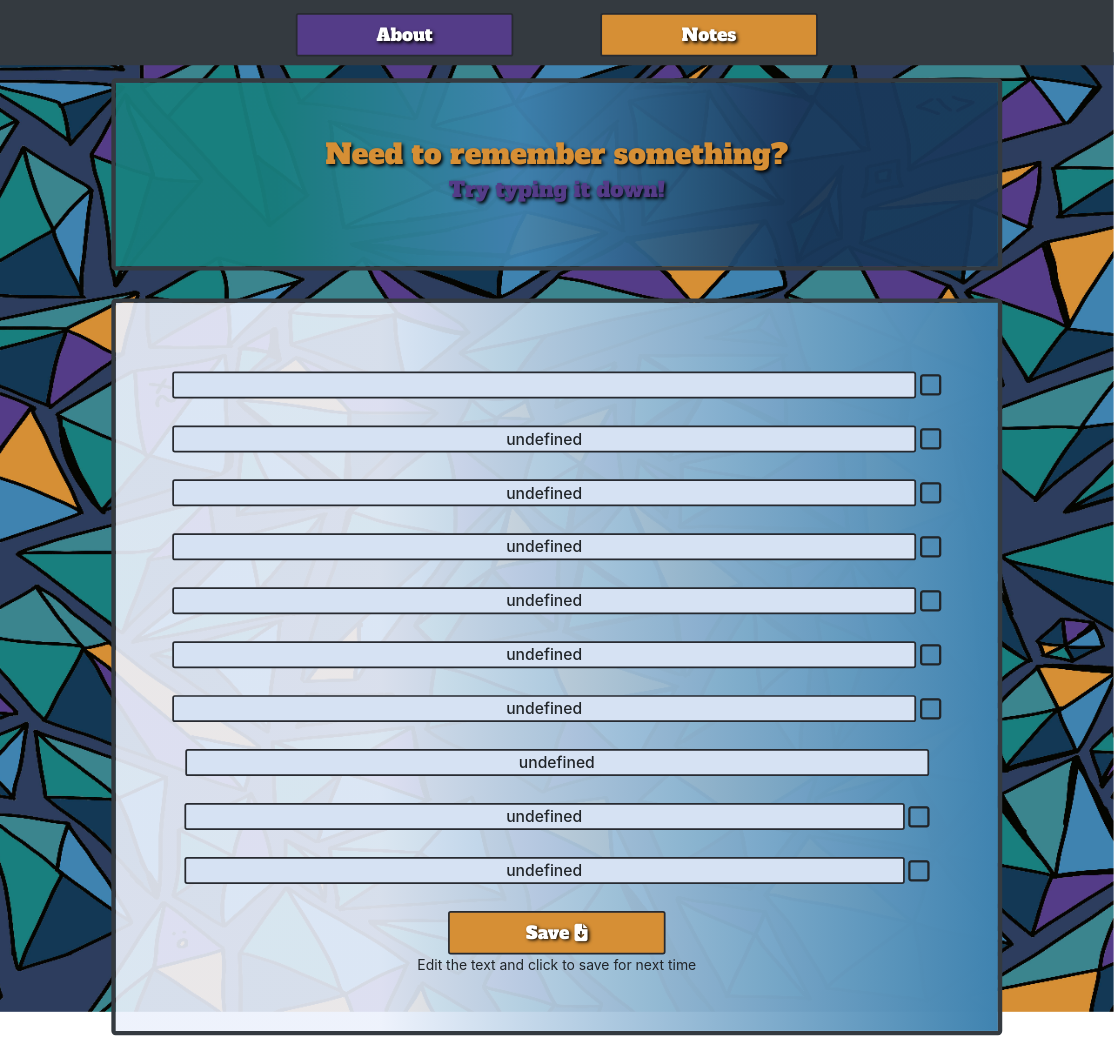
Repository: Kamicoda/Mynote
Page: index.html
The author's editor kept a record of every edit. The page is drawn from the files as they stood at one moment, then again after the next edit.
The browser window is 1280 px wide. The pictures show the whole page, at 87% of full size.
Backgrounds fixed to the window are drawn as part of the page. Some web fonts or font styles are not loaded; a fallback is used. Some web libraries are served in a nearby version.

Above is the page before.

After the next edit:
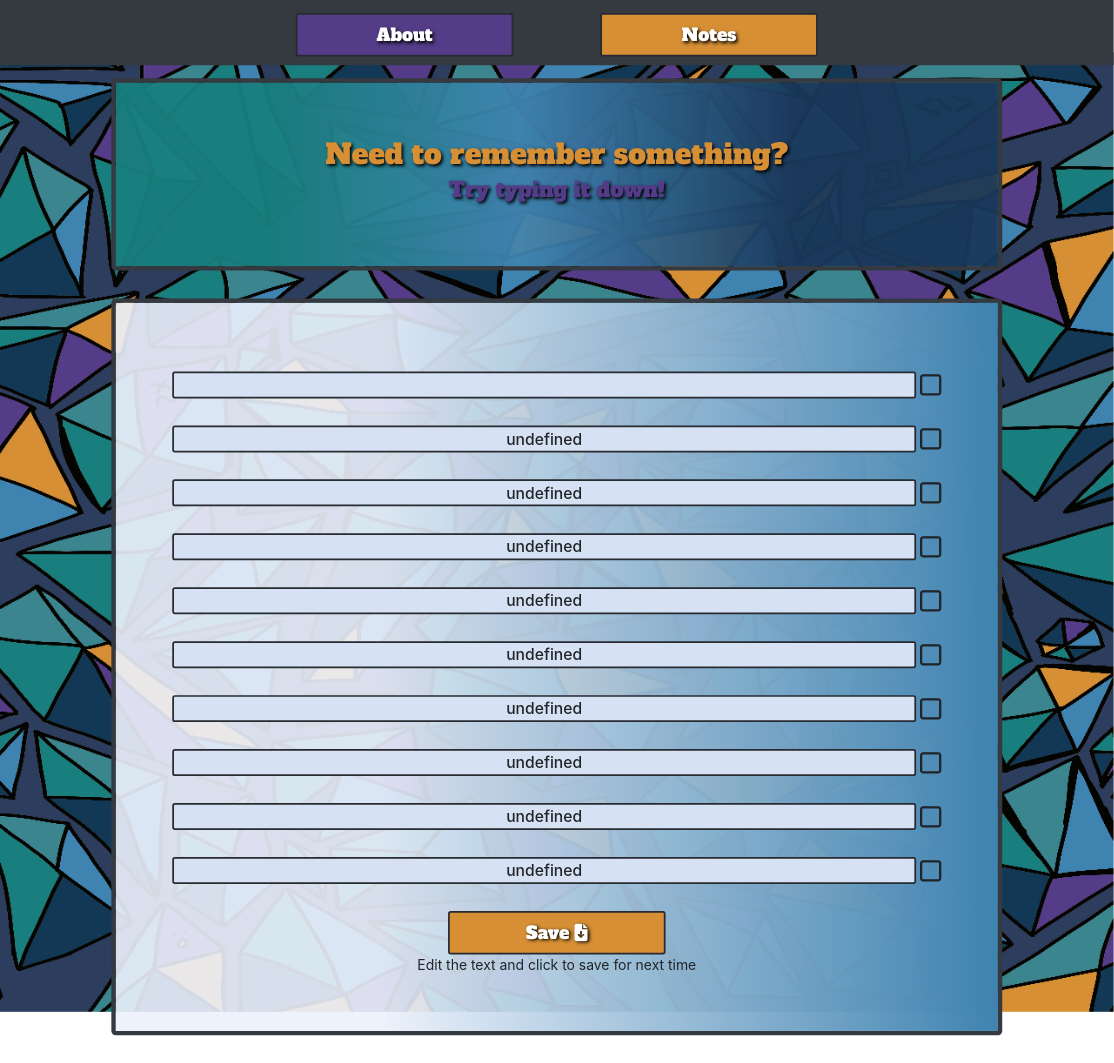
The edit:
--- a/index.html
+++ b/index.html
@@ -147,7 +147,7 @@
                         </div>
 
                         <div class="col-12">
-                            <p id="edit7" contenteditable="true" class="editableP border border-light" placeholder=">Mybe you should take a note of that?</p>
+                            <p id="edit7" contenteditable="true" class="editableP border border-light" placeholder="Mybe you should take a note of that?"></p>
                             <div id="checkBox7" class="checkbox">
                                 <i id="fasquare7" class="far fa-square"></i>
                                 <i id="fabox7" class="far fa-check-square"></i>
